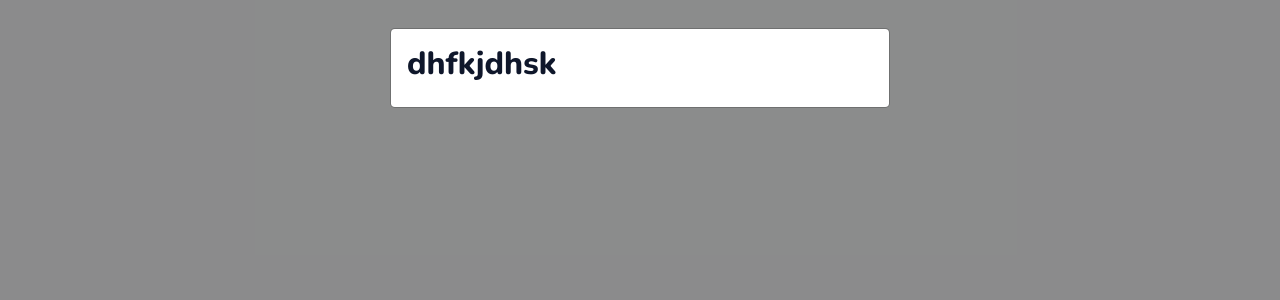
Repository: Dangtrinh28/thuymoc
Page: bookingSuccess.html
An editor plug-in stored every save of this project. The page is shown before and after the next save, followed by the edit.
The browser window is 1280 px wide. The pictures show the whole page.
Some web libraries are served in a nearby version.

Above is the page before, as saved 2022-11-25 03:58:23.

### bookingSuccess.html
<!DOCTYPE html>
<html lang="en">

<head>
    <meta charset="UTF-8">
    <meta http-equiv="X-UA-Compatible" content="IE=edge">
    <meta name="viewport" content="width=device-width, initial-scale=1.0">

    <!-- google font link -->
    <link rel="preconnect" href="https://fonts.googleapis.com">
    <link rel="preconnect" href="https://fonts.gstatic.com" crossorigin>
    <link
        href="https://fonts.googleapis.com/css2?family=Heebo:wght@400;500;600&family=Nunito:wght@600;700;800&family=Pacifico&display=swap"
        rel="stylesheet">

    <!-- Icon link -->
    <link rel="stylesheet" href="./assets/font/fontawesome/css/all.min.css">
    <link href="https://cdnjs.cloudflare.com/ajax/libs/font-awesome/5.10.0/css/all.min.css" rel="stylesheet">
    <link href="https://cdn.jsdelivr.net/npm/bootstrap-icons@1.4.1/font/bootstrap-icons.css" rel="stylesheet">

    <!-- link lib -->
    <link rel="stylesheet" href="./assets/lib/animate/animate.min.css">
    <link rel="stylesheet" href="./assets/lib/owlcarousel/assets/owl.carousel.min.css">
    <link rel="stylesheet" href="./assets/lib/tempusdominus/css/tempusdominus-bootstrap-4.min.css">

    <!-- link bootstraps custom  -->
    <link href="./assets/css/bootstrap.css" rel="stylesheet">

    <!-- link custom -->
    <link rel="stylesheet" href="./assets/css/index.css">
    <!-- link custom end-->
    <link rel="icon" type="image/x-icon"
        href="https://scontent.fsgn2-4.fna.fbcdn.net/v/t39.30808-6/301127842_1060078351356985_3224039168656005356_n.jpg?_nc_cat=101&ccb=1-7&_nc_sid=09cbfe&_nc_ohc=boITfAPyxDEAX8ESDnk&_nc_ht=scontent.fsgn2-4.fna&oh=00_AfCC23TquV2izwz9e55nnw0-pZBRnxj3js4zwfv7_lGcQQ&oe=63633C5B">
        <title>Thủy Mộc Restaurant</title>

</head>
<body>
    <div class="container" >
        <div class="modal" style="display: block; background-color: rgba(128, 128, 128,0.9);">
            <div class="modal-dialog">
                <div class="modal-content">
                    <div class="modal header">
                        <i class="bi bi-check-circle-fill"></i>
                    </div>
                    <div class="modal-body">
                        <h2>dhfkjdhsk</h2>
                    </div>
                </div>
            </div>
        </div>
    </div>





    <script src="https://code.jquery.com/jquery-3.4.1.min.js"></script>
    <script src="https://cdn.jsdelivr.net/npm/bootstrap@5.0.2/dist/js/bootstrap.bundle.min.js"></script>
    <script src="https://smtpjs.com/v3/smtp.js"></script>
    <script src="./assets/lib/wow/wow.min.js"></script>
    <script src="./assets/lib/easing/easing.min.js"></script>
    <script src="./assets/lib/waypoints/waypoints.min.js"></script>
    <script src="./assets/lib/counterup/counterup.min.js"></script>
    <script src="./assets/lib/owlcarousel/owl.carousel.min.js"></script>
    <script src="./assets/js/index.js"></script>
</body>
</html>

### assets/css/index.css
:root {
  --primary: ;
}

/* base css */
.hero-header {
  background: linear-gradient(rgba(15, 23, 43, 0.9), rgba(15, 23, 43, 0.9)),
    url(../img/banner/banner2.png);
  background-position: center center;
  background-repeat: no-repeat;
  background-size: cover;
}

.btn {
  font-family: "Nunito", sans-serif;
  font-weight: 500;
  text-transform: uppercase;
  transition: 0.5s;
}

.btn-primary,
.btn-secondary {
  color: var(--bs-white);
}

.product-img {
  width: 100%;
  height: 216px;
  background-position: center;
  background-repeat: no-repeat;
  background-size: cover;
}

/* đặt bàn online */
.video {
  position: relative;
  height: 100%;
  min-height: 500px;
  background: linear-gradient(rgba(15, 23, 43, 0.1), rgba(15, 23, 43, 0.1)),
    url(../img/booking/booking.png);
  background-position: center center;
  background-repeat: no-repeat;
  background-size: cover;
}

.video .btn-play {
  position: absolute;
  z-index: 3;
  top: 50%;
  left: 50%;
  transform: translate(-50%);
  box-sizing: content-box;
  display: block;
  width: 32px;
  height: 44px;
  border-radius: 50%;
  border: none;
  outline: none;
  padding: 18px 20px 18px 28px;
}

.video .btn-play::before {
  content: "";
  position: absolute;
  z-index: 0;
  top: 50%;
  left: 50%;
  transform: translateX(-50%) translateY(-50%);
  display: block;
  width: 100px;
  height: 100px;
  background: var(--bs-primary);
  border-radius: 50%;
  animation: pulse-border 1500ms ease-out infinite;
}

.video .btn-play::after {
  content: "";
  position: absolute;
  z-index: 1;
  left: 50%;
  top: 50%;
  transform: translateX(-50%) translateY(-50%);
  display: block;
  width: 100px;
  height: 100px;
  background: var(--primary);
  border-radius: 50%;
  transition: all 200ms;
}

.video .btn-play img {
  position: relative;
  z-index: 3;
  max-width: 100%;
  width: auto;
  height: auto;
}

.video .btn-play span {
  display: block;
  position: relative;
  z-index: 3;
  width: 0;
  height: 0;
  border-left: 32px solid var(--bs-dark);
  border-top: 22px solid transparent;
  border-bottom: 22px solid transparent;
}

@keyframes pulse-border {
  0% {
    transform: translateX(-50%) translateY(-50%) translateZ(0) scale(1);
    opacity: 1;
  }
  100% {
    transform: translateX(-50%) translateY(-50%) translateZ(0) scale(1.5);
    opacity: 0;
  }
}

/* team */
.w-65 {
  width: 65% !important;
}

/* feedback */
.testimonial-carousel .owl-item.center .testimonial-item {
  background: var(--bs-primary) !important;
  border-color: var(--bs-primary) !important;
}

.testimonial-carousel .owl-item.center .testimonial-item * {
  color: var(--bs-light);
}

.testimonial-carousel .owl-dots {
  margin-top: 24px;
  display: flex;
  align-items: flex-end;
  justify-content: center;
}

.testimonial-carousel .owl-dot {
  position: relative;
  display: inline-block;
  margin: 0 5px;
  width: 15px;
  height: 15px;
  border: 1px solid #ccc;
  border-radius: 15px;
  transition: 0.5s;
}

.testimonial-carousel .owl-dot.active {
  background: var(--bs-primary);
  border-color: var(--bs-primary);
}

.text__height-hiden {
  height: 120px;
  overflow: hidden;
  display: -webkit-box;
  -webkit-box-orient: vertical;
  -webkit-line-clamp: 5;
}

/* footer */
.footer .copyright {
  padding: 25px 0;
  font-size: 15px;
  border-top: 1px solid rgba(256, 256, 256, 0.1);
}

.footer .copyright a {
  color: var(--bs-light);
}

.footer .footer-menu a {
  margin-right: 15px;
  padding-right: 15px;
  border-right: 1px solid rgba(256, 256, 256, 0.1);
}

.back-to-top {
  position: fixed;
  display: none;
  right: 45px;
  bottom: 45px;
  z-index: 99;
}

/* navbar */
.navbar-dark .navbar-nav .nav-link {
  position: relative;
  margin-left: 25px;
  padding: 15px 0;
  font-size: 15px;
  color: var(--bs-light) !important;
  text-transform: uppercase;
  font-weight: 500;
  outline: none;
  transition: 0.5s;
}

@media (min-width: 992px) {
  .navbar-dark {
    position: absolute;
    width: 100%;
    top: 0;
    left: 0;
    z-index: 999;
    background: transparent !important;
  }
}

.text-featured {
  font-size: 16px;
  line-height: 1.6;
  padding: 20px;
}

.text-featured::first-letter {
  font-size: 30px;
  line-height: 30px;
  float: left;
  display: block;
}

@media (max-width: 992px)  {
  .navbar-dark .navbar-nav .nav-link {
    margin: 0;
  }
}

### assets/js/index.js
(function ($) {
  "use strict";

  // wow js
  new WOW().init();

  //counter-up
  $('[data-toggle="counter-up"]').counterUp({
    delay: 10,
    time: 2000,
  });

  $(window).scroll(function () {
    if ($(this).scrollTop() > 45) {
      $(".navbar").addClass("sticky-top shadow-sm");
    } else {
      $(".navbar").removeClass("sticky-top shadow-sm");
    }
  });

  $(document).ready(function () {
    var $videoSrc;
    $(".btn-play").click(function () {
      $videoSrc = $(this).data("src");
    });
    console.log($videoSrc);

    $("#videoModal").on("shown.bs.modal", function (e) {
      $("#video").attr(
        "src",
        $videoSrc + "?autoplay=1&amp;modestbranding=1&amp;showinfo=0"
      );
    });

    $("#videoModal").on("hide.bs.modal", function (e) {
      $("#video").attr("src", $videoSrc);
    });
  });

  // testimonial-carousel
  $(".testimonial-carousel").owlCarousel({
    autoplay: true,
    smartSpeed: 1500,
    center: true,
    margin: 24,
    dots: true,
    loop: true,
    nav: false,
    responsive: {
      0: {
        items: 1,
      },
      768: {
        items: 2,
      },
      992: {
        item: 3,
      },
    },
  });
  //
  $(window).scroll(function () {
    if ($(this).scrollTop() > 300) {
      $(".back-to-top").fadeIn("slow");
    } else {
      $(".back-to-top").fadeOut("slow");
    }
  });

  $(".back-to-top").click(function () {
    $("html, body").animate({ scrollTop: 0 }, 100, "easeInOutExpo");
    return false;
  });
})(jQuery);

    // pass xcliahnbanukicoz

function sendEmail() {
  let useNames = document.getElementById("names").value;
  let numberPhone = document.getElementById("numberPhone").value;
  let email = document.getElementById("email").value;
  let qualitys = document.getElementById("qualitys").value;
  let times = document.getElementById("times").value;
  let date = document.getElementById("date").value;
  let messages = document.getElementById("messages").value;
  let body = "Tên khách hàng:" + useNames + "<br/> Số điện thoại: " + numberPhone + "<br/> Tên gmail của quý khách: " + email + "<br/> Số lượng khách hàng: " + qualitys + "<br/> Thời gian đến: " + times + "<br/> Ngày đến: " + date + "<br/> Yêu cầu của quý khách: " + messages ;


  Email.send({
    // SMTPport: 2525,
    Host : "smtp.elasticemail.com",
    Username : "nguyencaodangtrinhtv3@gmail.com",
    Password : "B2145E9AB344FD4C1D449007775D22DCDDA7",
    To : 'dtrinhit04@gmail.com',
    From : "nguyencaodangtrinhtv3@gmail.com",
    Subject : "Đặt bàn online tại Thủy Mộc for web",
    Body : body,
}).then(
  message => alert(message)
);
}

Loaded but not shown: assets/font/fontawesome/css/all.min.css (library); assets/lib/animate/animate.min.css (library); assets/lib/owlcarousel/assets/owl.carousel.min.css (common file); assets/lib/tempusdominus/css/tempusdominus-bootstrap-4.min.css (library); assets/css/bootstrap.css (library); assets/lib/wow/wow.min.js (library); assets/lib/easing/easing.min.js (common file); assets/lib/waypoints/waypoints.min.js (library); assets/lib/counterup/counterup.min.js (common file); assets/lib/owlcarousel/owl.carousel.min.js (library)

After the next save:
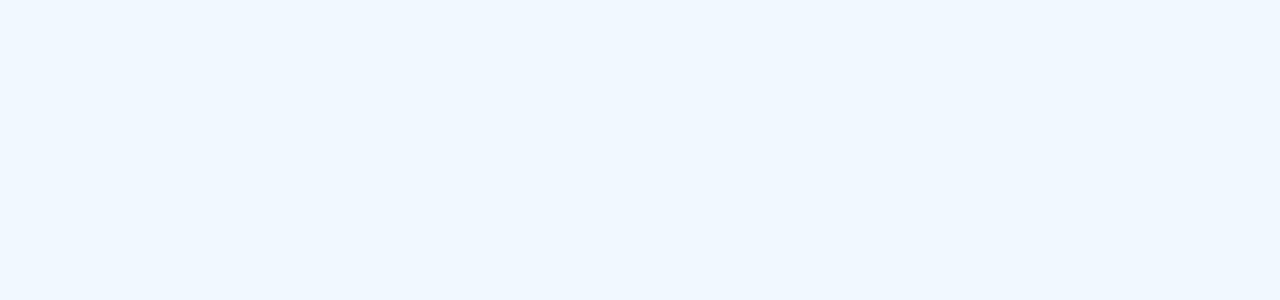
Saved 48 s later.
--- a/bookingSuccess.html
+++ b/bookingSuccess.html
@@ -36,7 +36,7 @@
 </head>
 <body>
     <div class="container" >
-        <div class="modal" style="display: block; background-color: rgba(128, 128, 128,0.9);">
+        <div class="modal fade" style="display: block; background-color: rgba(128, 128, 128,0.9);">
             <div class="modal-dialog">
                 <div class="modal-content">
                     <div class="modal header">

After the save that followed:
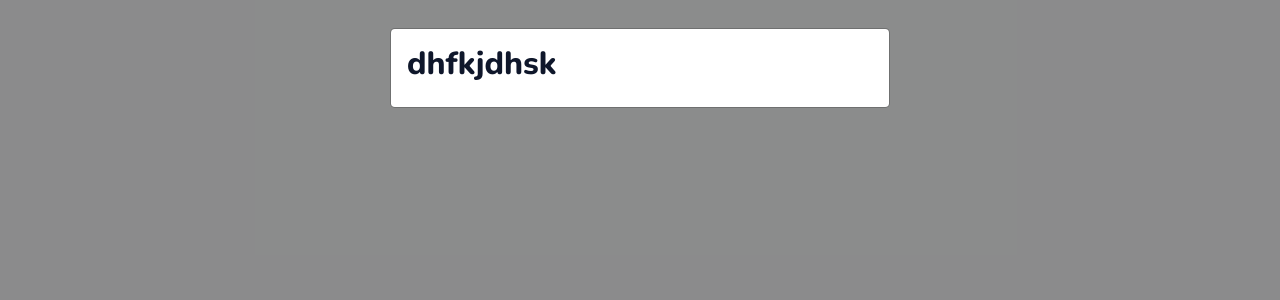
Saved 10 s later.
--- a/bookingSuccess.html
+++ b/bookingSuccess.html
@@ -36,7 +36,7 @@
 </head>
 <body>
     <div class="container" >
-        <div class="modal fade" style="display: block; background-color: rgba(128, 128, 128,0.9);">
+        <div class="modal" style="display: block; background-color: rgba(128, 128, 128,0.9);">
             <div class="modal-dialog">
                 <div class="modal-content">
                     <div class="modal header">
